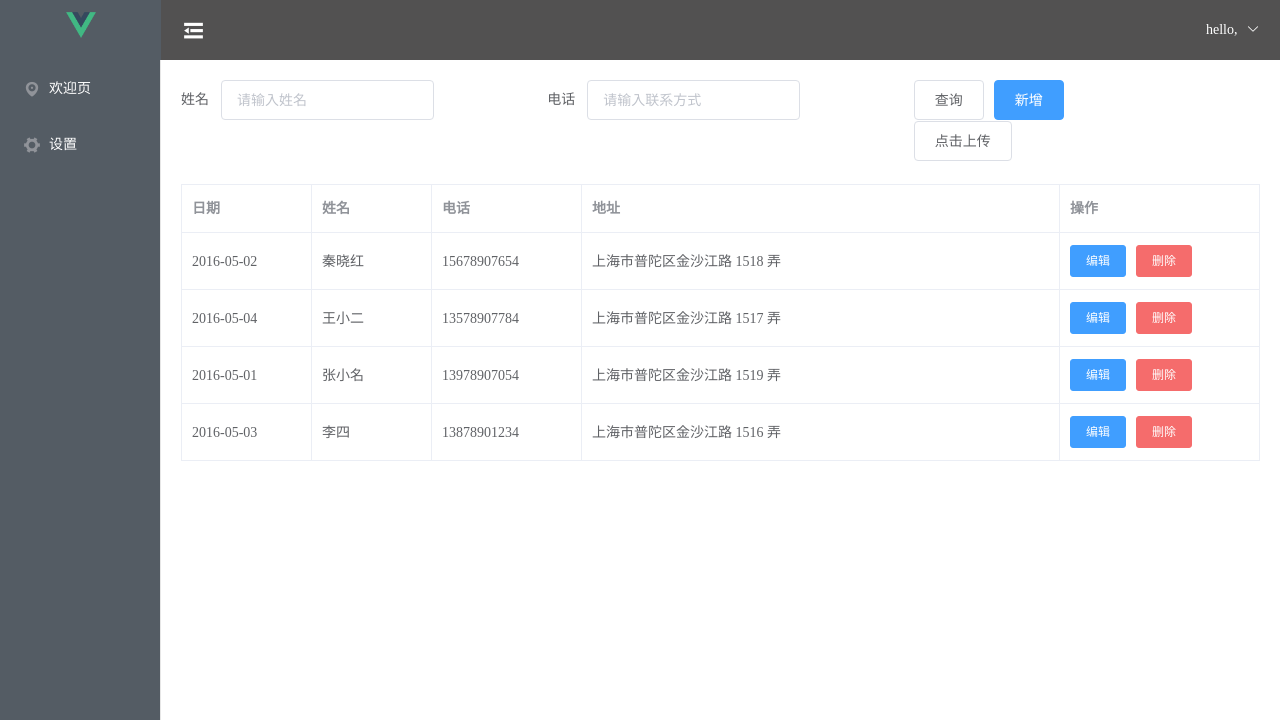
Repository: qianxuebing/admin
Page: /Layout/Table
The author's editor kept a copy of each file at every save. The page is drawn from the files as they stood at one save, then again after the next save.
The browser window is 1280 px wide. The pictures show the whole page.
The project was rebuilt for these pictures with package versions that can differ from the ones it lists, and the page was loaded fresh each time. Also part of the build but not shown: src/views/login/Login.vue. Imported but missing from the stored project, and not drawn on this page: src/views/home/Home.

Above is the page before, as saved 2020-01-08 10:02:04.

After the next save:
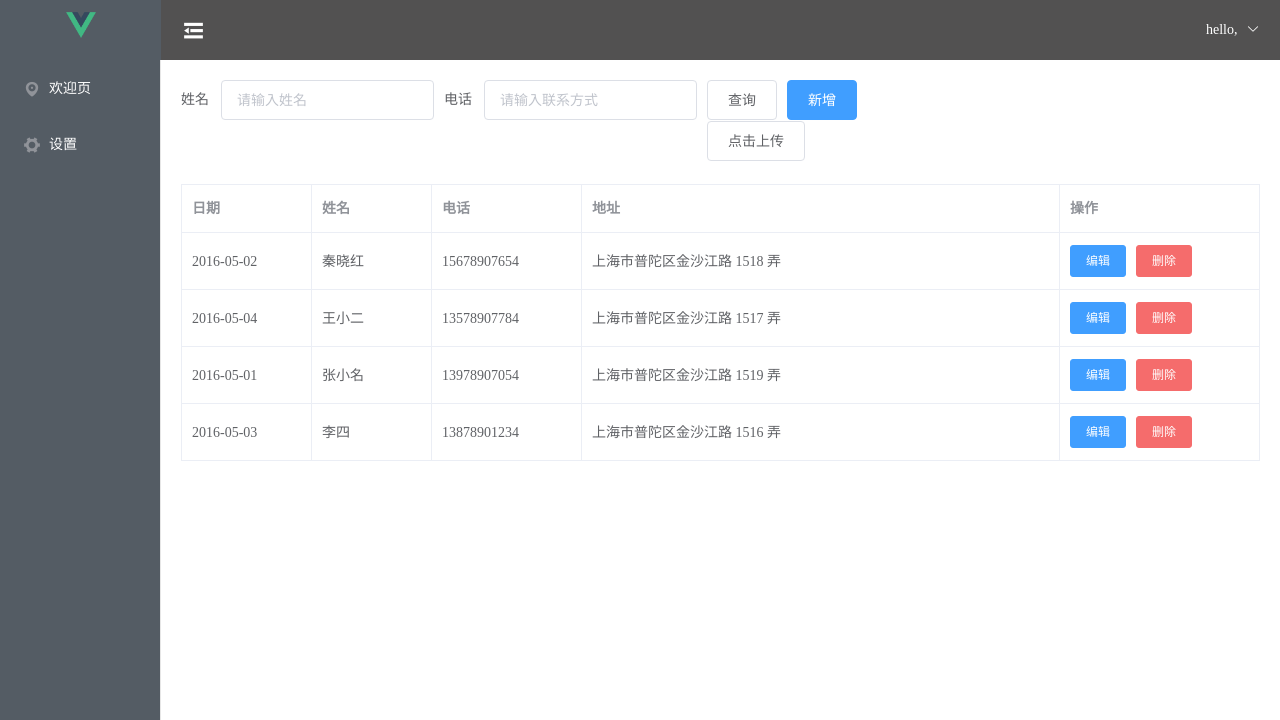
Saved 57 s later.
--- a/src/views/table/Table.vue
+++ b/src/views/table/Table.vue
@@ -1,28 +1,20 @@
 <template>
   <div>
     <el-form :inline="true" :model="formInline">
-      <el-row :gutter="20">
-        <el-col :span="8">
-          <el-form-item label="姓名">
-            <el-input v-model="formInline.name" placeholder="请输入姓名"></el-input>
-          </el-form-item>
-        </el-col>
-        <el-col :span="8">
-          <el-form-item label="电话">
-            <el-input v-model="formInline.telephone" placeholder="请输入联系方式"></el-input>
-          </el-form-item>
-        </el-col>
-        <el-col :span="8">
-          <el-form-item class="btn-group">
-            <el-button @click="onSearch">查询</el-button>
-            <el-button type="primary" @click="onAdd">新增</el-button>
-            <el-upload
-            >
-              <el-button>点击上传</el-button>
-            </el-upload>
-          </el-form-item>
-        </el-col>
-      </el-row>
+      <el-form-item label="姓名">
+         <el-input v-model="formInline.name" placeholder="请输入姓名"></el-input>
+      </el-form-item>
+      <el-form-item label="电话">
+         <el-input v-model="formInline.telephone" placeholder="请输入联系方式"></el-input>
+      </el-form-item>
+      <el-form-item>
+        <el-button @click="onSearch">查询</el-button>
+        <el-button type="primary" @click="onAdd">新增</el-button>
+        <el-upload
+        >
+          <el-button>点击上传</el-button>
+        </el-upload>
+      </el-form-item>
     </el-form>
     <el-table :data="tableData" style="width: 100%" border>
       <el-table-column
@@ -169,7 +161,5 @@ export default {
 </script>
 
 <style>
-  .btn-group {
-    display: flex!important;
-  }
+
 </style>
